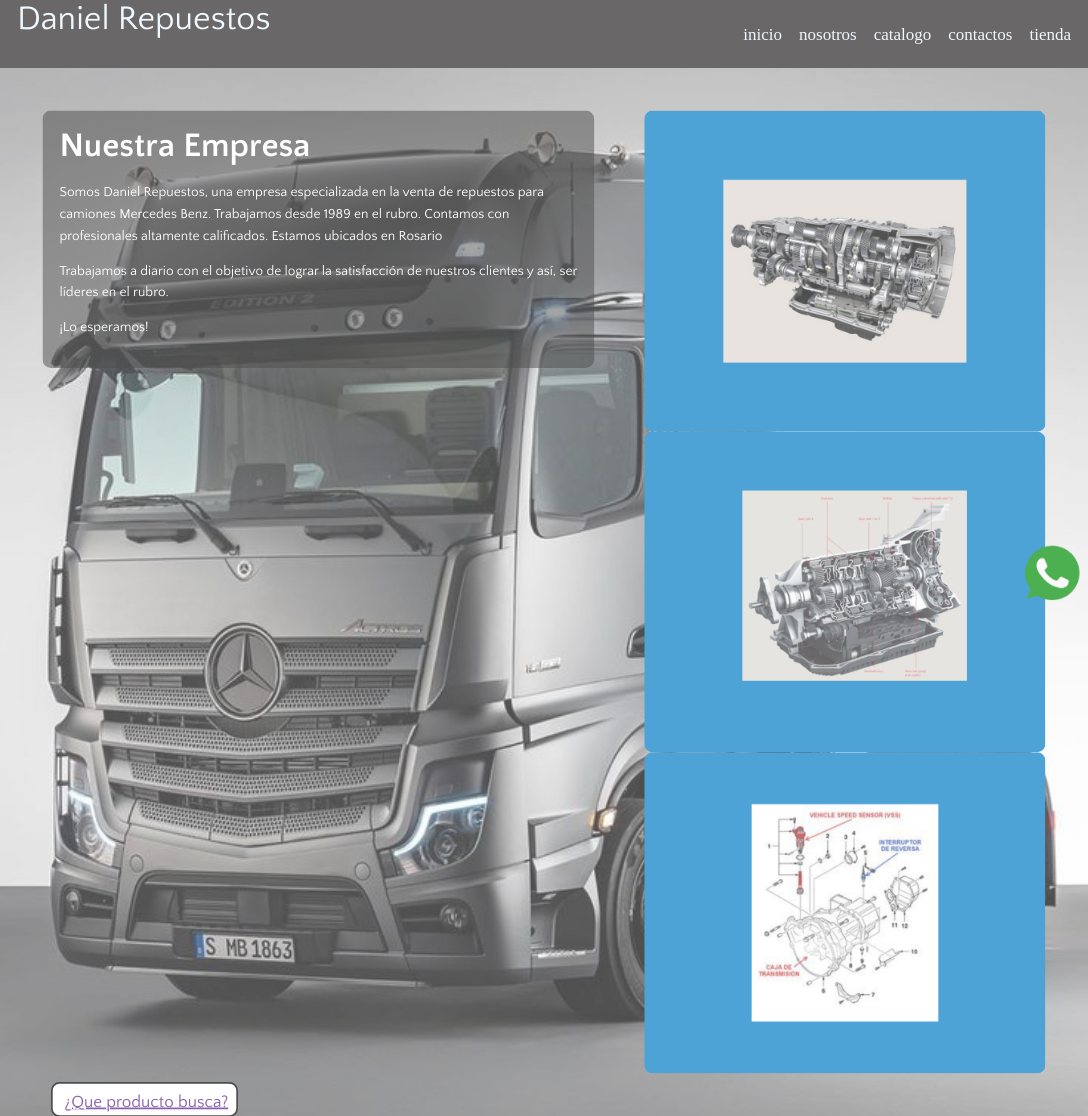
Repository: minesterani/proyecto-caja
Page: pages/nosotros.html
The author's editor kept a copy of each file at every save. The page is drawn from the files as they stood at one save, then again after the next save.
The browser window is 1280 px wide. The pictures show the whole page, at 85% of full size.

Above is the page before, as saved 2024-09-18 16:55:37.

### pages/nosotros.html
<!DOCTYPE html>
<html lang="en">
<head>
    <meta charset="UTF-8">
    <meta name="viewport" content="width=device-width, initial-scale=1.0">
    <title>Document</title>
    <link rel="preconnect" href="https://fonts.googleapis.com">
<link rel="preconnect" href="https://fonts.gstatic.com" crossorigin>
<link href="https://fonts.googleapis.com/css2?family=Quattrocento+Sans:ital,wght@0,400;0,700;1,400;1,700&display=swap" rel="stylesheet">
    <link rel="stylesheet" href="../css/style.css">
</head>
<body>
    <header class="header-nosotros">
        <h1>Daniel Repuestos</h1>
        <nav>
            <ul class="navNos">
                <li><a href="../index.html">inicio</a></li>
                <li><a href="#">nosotros</a></li>
                <li><a href="./catalogo.html">catalogo</a></li>
                <li><a href="./contactos.html">contactos</a></li>
                <li><a href="./tienda.html">tienda</a></li>
            </ul>
        </nav>
    </header>
    <main>
        <section class="section-nosotros">
            <div class="container-nosotros">
                <div class="texto-nosotros">
                    <h2>Nuestra Empresa</h2>
                    <p>Somos Daniel Repuestos, una empresa especializada en la venta de repuestos para camiones Mercedes Benz. Trabajamos desde 1989 en el rubro. Contamos con profesionales altamente calificados. Estamos ubicados en Rosario</p>
                    <p>Trabajamos a diario con el objetivo de lograr la satisfacción de nuestros clientes y así, ser líderes en el rubro.</p>
                    <p>¡Lo esperamos!</p>
            </div>
            <div class="imagenes-nosotros">
                <img src="../assets/img/1.png" alt="nuestra empresa">
                <img src="../assets/img/2.png" alt="nuestra empresa">
                <img src="../assets/img/3.png" alt="nuestra empresa">
            </div>
        </div>
        <a href="" class="boton">¿Que producto busca?</a>

        </section>
    </main>
    <footer>
        <a class="whatsapp-nosotros"href="https://wa.me/3416513963" target="_blank">
            <img src="../assets/img/whatsapp.png" alt="">
        </a>
    </footer>

</body>
</html>

### css/style.css
/* Estilo global */
* {
    margin: 0;
    padding: 0;
    box-sizing: border-box;
}

h1 {
    background-color: rgb(105, 103, 103);
    width: 100%;
    height: 80px;
    font-size: 40px;
    color: aliceblue;
    font-family: "Quattrocento Sans", sans-serif;
    font-weight: 400;
    font-style: normal;
}

/* Header */
.header-index, .header-tienda, .header-catalogo, .header-contactos, .header-nosotros {
    display: flex;
    width: 100%;
    flex-direction: row;
    background-color: rgb(105, 103, 103);
    justify-content: space-between;
    align-items: center;
    padding: 0px 20px;
    position: sticky;
    top: 0;
}

/* Navegación */
.navBar, .navtienda, .nav-catalogo, .nav-Contactos, .navNos {
    display: flex;
    list-style-type: none;
    gap: 20px;
}

.navBar li a, .navtienda li a, .nav-catalogo li a, .nav-Contactos li a, .navNos li a {
    text-decoration: none;
    color: aliceblue;
    font-size: 20px;
}

/* Sección Principal */
.section-principal {
    background-color: lightblue;
    width: 100%;
    height: 25rem;
    background-image: url("../assets/img/mercedes gris.jpeg");
    background-position: center;
    background-size: cover;
    background-repeat: no-repeat;
}

/* Botón */
.boton {
    background-color: white;
    font-size: 1.25rem;
    padding: 10px 10px 5px 14px;
    border-width: 2px;
    border-style: solid;
    border-color: black;
    border-radius: 10px;
    position: fixed;
    margin: 10px;
}

/* Sección de Contactos */
.section-contactos, .section-tienda, .section-catalogos, .section-nosotros {
    background-color: lightblue;
    width: 100%;
    height: 25rem;
    background-image: url("../assets/img/mercedes gris.jpeg");
    background-position: center;
    background-size: cover;
    background-repeat: no-repeat;
    opacity: 0.3;
}

.section-nosotros {
    position: relative;
    padding: 50px;
    background-image: url("../assets/img/mercedes\ gris.jpeg");
    background-size: cover;
    background-position: center;
    background-repeat: no-repeat;
    opacity: 0.7;
    color: white;
    font-family: "Quattrocento Sans", sans-serif;
    height: auto;
}

.container-nosotros {
    display: flex;
    justify-content: space-between;
    align-items: flex-start;
    max-width: 1200px;
    margin: 0 auto;
    overflow: hidden;
}

.texto-nosotros {
    width: 55%;
    padding: 20px;
    background-color: rgba(0, 0, 0, 0.5);
    border-radius: 10px;
    color: white;
    overflow: hidden;
}

.texto-nosotros h2 {
    margin-bottom: 20px;
    font-size: 2.5rem;
}

.texto-nosotros p {
    margin-bottom: 15px;
    font-size: 1,2rem;
    line-height: 1.6;
}

.imagenes-nosotros {
    width: 40%;
    display: flex;
    flex-direction: column;
    gap: 10;
    align-items: flex-start;
}

.imagenes-nosotros img {
    width: 100%;
    height: auto;
    border-radius: 10px;
    object-fit: cover;

}

/* Footer */
.footer-content {
    background-color: #f4f4f4;
    padding: 20px;
    margin-top: 0;
    clear: both;
}

.columns {
    display: flex;
    justify-content: space-between;
    align-items: flex-start;
    margin-bottom: 0;
    padding: 20px 0;
}

.left-column, .right-column {
    width: 48%;
}

.left-column iframe {
    width: 100%;
    height: 300px;
    border: 0;
}

.right-column {
    padding-left: 20px;
    text-align: center;
    padding-top: 20px;
}

.right-column h3, .right-column p {
    margin: 10px 0;
}

.footer-bottom {
    text-align: center;
    padding: 10px 0;
    border-top: 1px solid #ccc;
}

.footer-bottom p {
    margin: 5px 0;
}

/* Estilos específicos para WhatsApp */
.whatsapp, .whatsapp-contactos, .whatsapp-tienda, .whatsapp-nosotros, .whatsapp-catalogo {
    position: fixed;
    bottom: 10px;
    right: 10px;
}

/* Media Queries */
@media(max-width: 1024px) {
    .header-index, .header-tienda {
        justify-content: space-around;
    }
}

@media(max-width: 768px) {
    h1 {
        background-color: rgba(197, 193, 193, 0.555);
        height: 80px;
        font-size: 40px;
        padding: 10px;
    }

    .header-index, .header-tienda, .header-catalogo, .header-contactos, .header-nosotros {
        flex-direction: column;
        background-color: gray;
        font-size: 30px;
        padding: 10px;
        align-items: center;
        justify-content: center;
        gap: 30px;
    }

    .navBar, .navtienda, .nav-catalogo, .nav-Contactos, .navNos {
        padding-bottom: .875rem;
    }

    .navBar li a, .navtienda li a, .nav-catalogo li a, .nav-Contactos li a, .navNos li a {
        font-size: 1.5rem;
    }

    .section-principal, .section-tienda, .section-catalogos, .section-contactos, .section-nosotros {
        background-image: url("../assets/img/caja 2.jpg");
        background-size: 100% 100%;
    }

    .container-nosotros {
        flex-direction: column;
        align-items: center;
    }

    .imagenes-nosotros {
        width: 100%;
        display: flex;
        justify-content: center;
        flex-direction: column;
    }

    .imagenes-nosotros img {
        max-height: 300px;
    }

    .texto-nosotros {
        width: 100%;
        text-align: center;
    }
}

@media(max-width: 425px) {
    .navBar, .navtienda, .nav-catalogo, .nav-Contactos, .navNos {
        flex-direction: column;
    }

    .grid {
        grid-template-columns: 1fr;
        grid-auto-rows: 200px;
        grid-template-areas:
            "img1"
            "img2"
            "img3"
            "img4"
            "img5"
            "img6"
            "img7"
            "img8";
    }

    .grid img {
        width: 100%;
        height: auto;
        object-fit: cover;
    }

    .columns {
        flex-direction: column;
        align-items: center;
    }

    .left-column, .right-column {
        width: 100%;
        padding: 0;
    }

    .right-column {
        padding-top: 20px;
    }
}

After the next save:
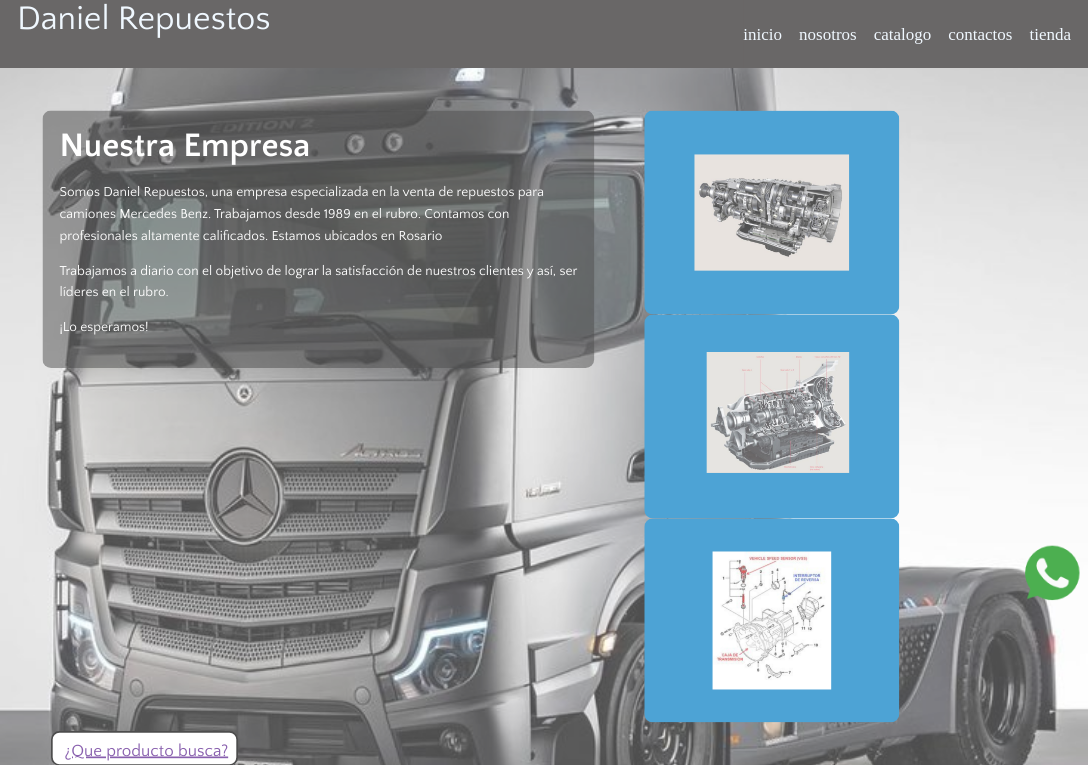
Saved 66 s later.
--- a/css/style.css
+++ b/css/style.css
@@ -131,8 +131,10 @@
 .imagenes-nosotros img {
     width: 100%;
     height: auto;
+    max-width: 300px;
     border-radius: 10px;
     object-fit: cover;
+    overflow: hidden;
 
 }
 
